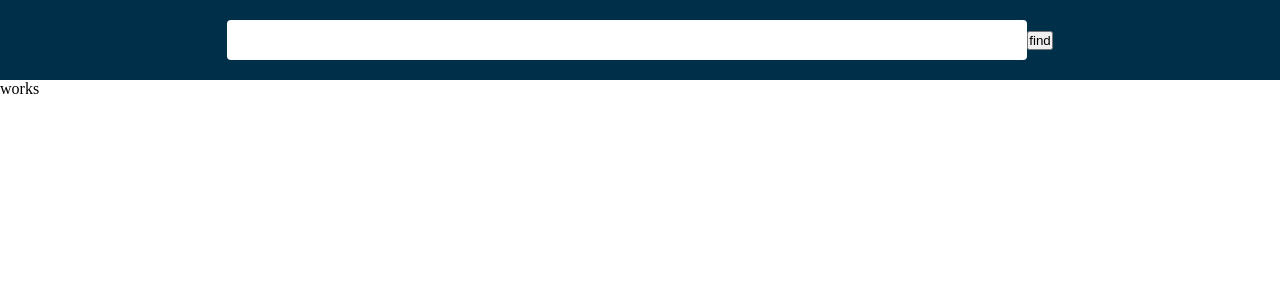
Repository: rutsguifd/uni
Page: / (app in filmhub-react/)
An editor plug-in stored every save of this project. The page is shown before and after the next save, followed by the edit.
The browser window is 1280 px wide. The pictures show the whole page.
The project was rebuilt for these pictures with package versions that can differ from the ones it lists, and the page was loaded fresh each time.

Above is the page before, as saved 2022-04-13 01:16:50.

### filmhub-react/src/index.js
import React from "react";
import ReactDOM from "react-dom";
import { Provider } from "react-redux";
import App from "./App";
import { store } from "./store"

ReactDOM.render(
  <React.StrictMode>
    <Provider store={store}>
      <App />
    </Provider>
  </React.StrictMode>,
  document.getElementById("root")
);

### filmhub-react/src/App.js
import axios from "axios";
import { useEffect } from "react";
import Header from "./components/Header";
import './styles/App.scss'

function App() {
  return (
    <div className="App">
    <Header/>
      works
    </div>
  );
}

export default App;

### filmhub-react/src/store/index.js
import { combineReducers, createStore } from "redux";
import { composeWithDevTools } from "redux-devtools-extension";
import { fetchDataReducer } from "./fetchDataReducer";
const rootReducer = combineReducers({
    fetchDataReducer
})

export const store = createStore(rootReducer, composeWithDevTools())

### filmhub-react/src/components/Header.jsx
import axios from "axios";
import React, { useState } from "react";
import { useDispatch, useSelector } from "react-redux";
import "../styles/Header.scss"
import MyInput from "./UI/MyInput/MyInput";

function fetchSearchMovie(searchQuery) {
  return axios.get(`http://www.omdbapi.com/?apikey=c4183736&s=${searchQuery}`)
}

const Header = () => {
  const [searchQuery, setSearchQuery] = useState("");
  const dispatch = useDispatch();
  const fetchData = (e) => {
      e.preventDefault()
      fetchSearchMovie(searchQuery)
      .then((data)=>dispatch({type: "FETCH_SEARCH_MOVIE", payload: data.data.Search}))
      setSearchQuery("")
  }
  const a = useSelector((state)=>state.fetchDataReducer.movies)
  console.log(a)
  return (
    <div className="header">
      <form>
        <MyInput
          value={searchQuery}
          onChange={(e) => setSearchQuery(e.target.value)}
        />
        <button onClick={fetchData}>find</button>
      </form>
      <div>{a.map(film=><div>{film.Title}</div>)}</div>
    </div>
  );
};

export default Header;

### filmhub-react/src/store/fetchDataReducer.js
import axios from "axios";

const initialState = {
    movies: []
};

const FETCH_SEARCH_MOVIE = "FETCH_SEARCH_MOVIE";

export const fetchDataReducer = (state = initialState, action) => {
    switch(action.type) {
        case FETCH_SEARCH_MOVIE:
            return {...state, movies: action.payload}
        default:
            return state;
    }
}

### filmhub-react/src/styles/Header.scss
.header{
    display: flex;
    padding: 20px;
    justify-content: center;
    align-items: center;
    background-color: #003049;
}

### filmhub-react/src/components/UI/MyInput/MyInput.jsx
import React from 'react'
import classes from './MyInput.module.scss'

const MyInput = (props) => {
  return (
    <input {...props} className={classes.input}/>
  )
}

export default MyInput

### filmhub-react/src/components/UI/MyInput/MyInput.module.scss
.input{
    height: 40px;
    width: 800px;
    border-radius: 4px;
    border: none;
    &:focus{
        border: none;
    }
    &:hover {
        transition: 0.2s;
        background-color: #a8dadc;
    }
}

Loaded but not shown: filmhub-react/public/index.html (common file); filmhub-react/src/styles/App.scss (common file)

After the next save:
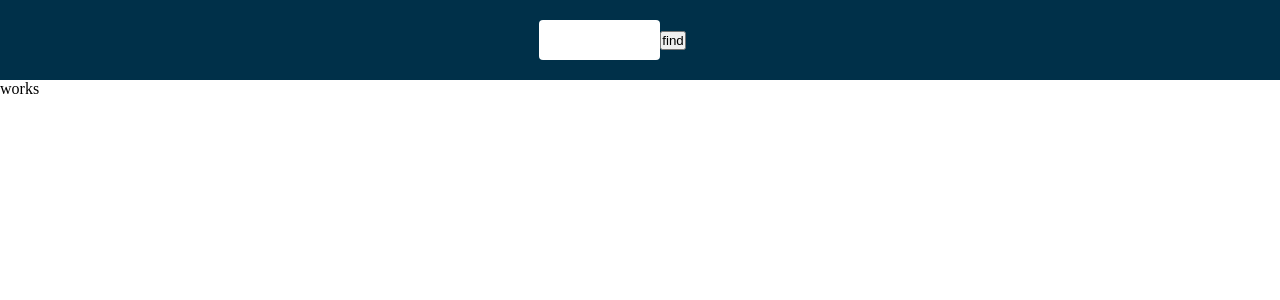
Saved 12 s later.
--- a/filmhub-react/src/components/UI/MyInput/MyInput.module.scss
+++ b/filmhub-react/src/components/UI/MyInput/MyInput.module.scss
@@ -1,6 +1,6 @@
 .input{
     height: 40px;
-    width: 800px;
+    width: 60%;
     border-radius: 4px;
     border: none;
     &:focus{
